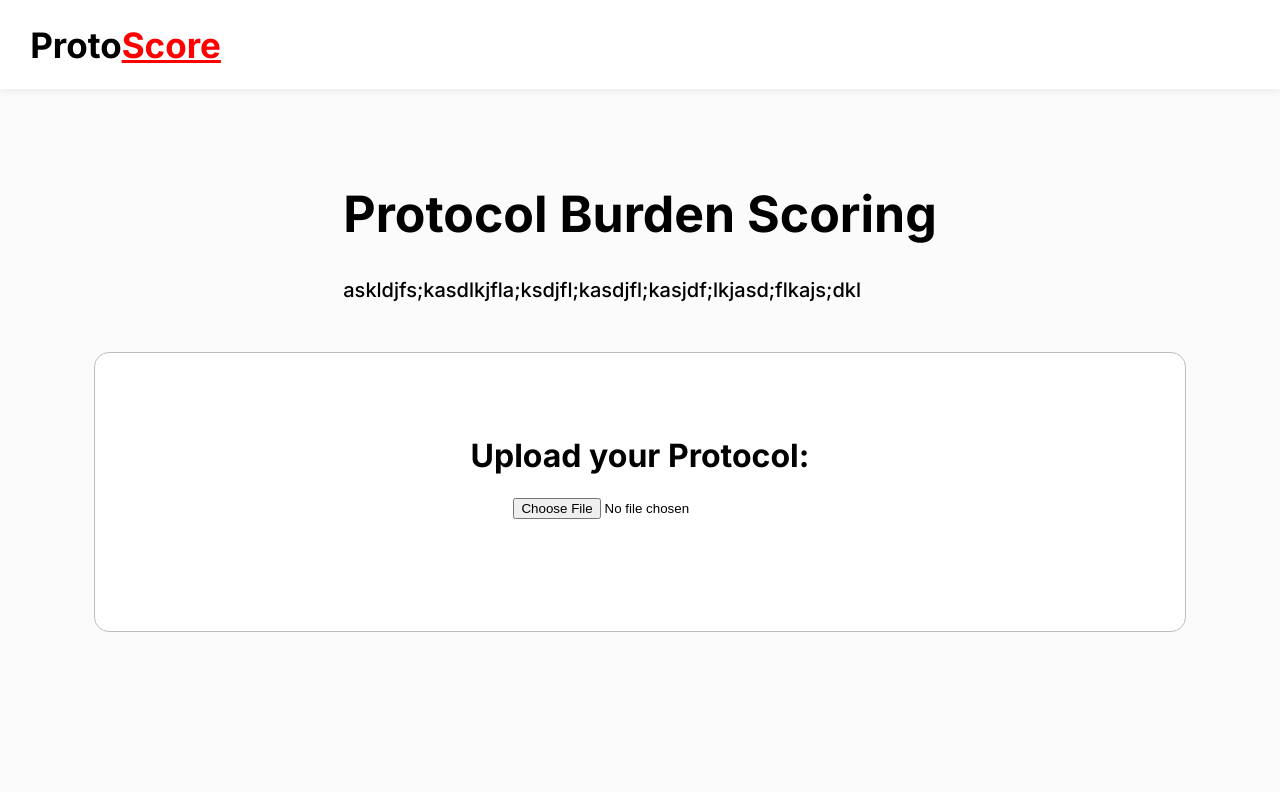
Repository: evanc108/Regeneron2024
Page: / (app in regeneron/)
An editor plug-in stored every save of this project. The page is shown before and after the next save, followed by the edit.
The browser window is 1280 px wide. The pictures show the whole page.
The project was rebuilt for these pictures with package versions that can differ from the ones it lists, and the page was loaded fresh each time.

Above is the page before, as saved 2024-05-14 02:23:33.

After the next save:
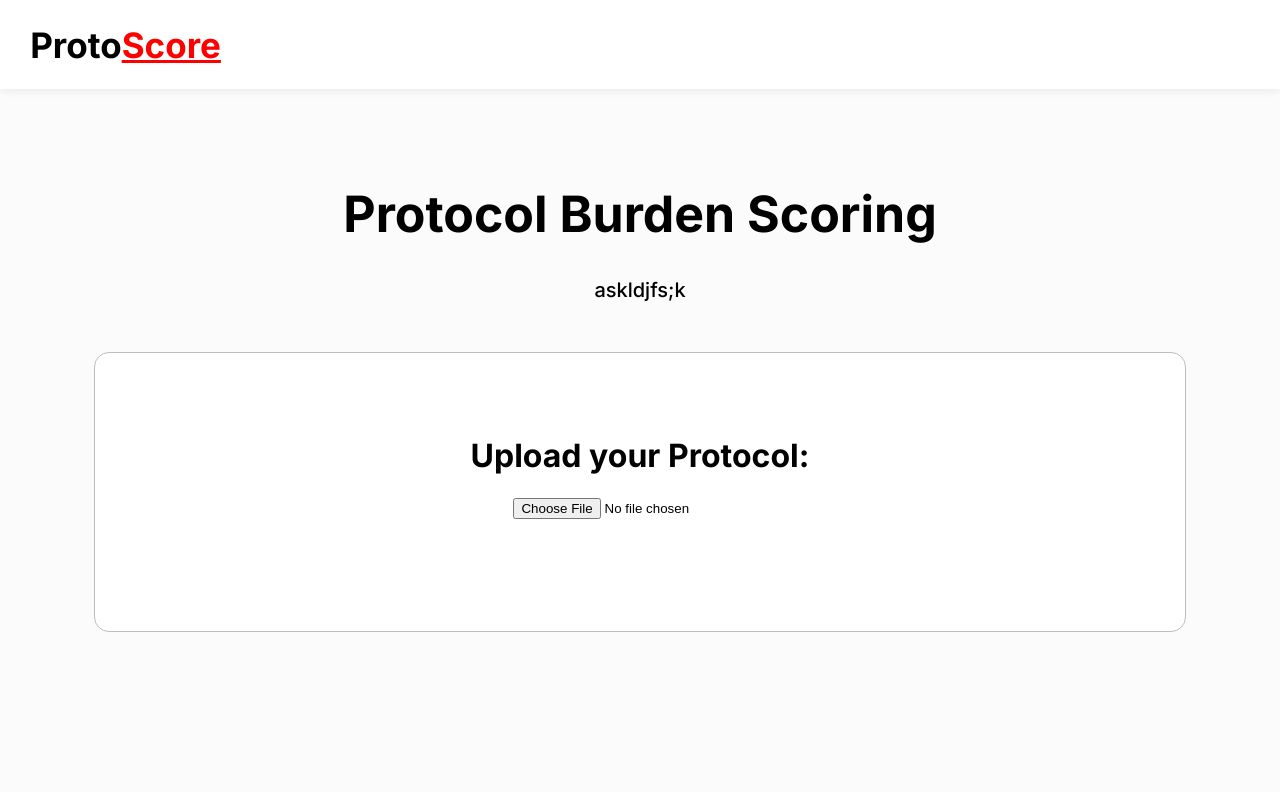
Saved 16 s later.
--- a/regeneron/src/pages/Feedback.js
+++ b/regeneron/src/pages/Feedback.js
@@ -41,7 +41,7 @@ function Feedback() {
                 <div style={{display:"flex", flexDirection:"column", justifyContent:"center", alignItems:"center", marginTop:"5%"}}>
                     <div className="onboarding">
                         <h1 style={{fontSize:"50px"}}>Protocol Burden Scoring</h1>
-                        <p style={{width:"20%"}}>askldjfs;kasdlkjfla;ksdjfl;kasdjfl;kasjdf;lkjasd;flkajs;dkl</p>
+                        <p>askldjfs;k</p>
                     </div>
                     <div className='upload-file'>
                         {!fileUploaded && !loading && (
